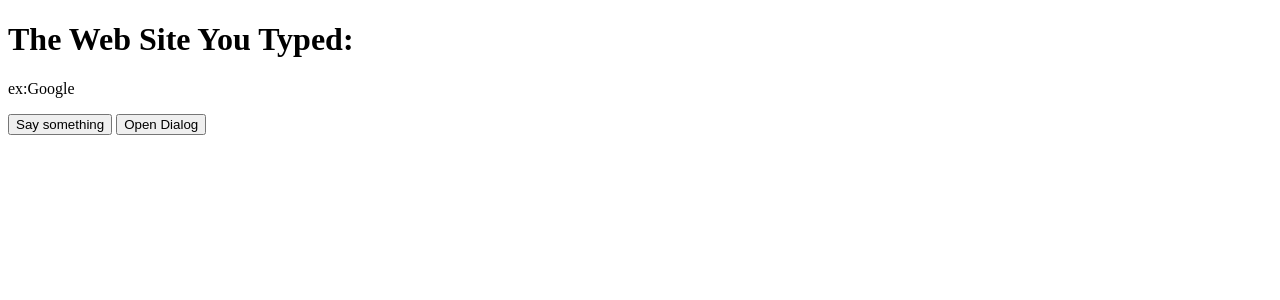
Repository: kenshiryu7/mdv-projects
Page: MDF3/project_4/Project4/assets/index.html
An editor plug-in stored every save of this project. The page is shown before and after the next save, followed by the edit.
The browser window is 1280 px wide. The pictures show the whole page.

Above is the page before, as saved 2013-02-27 17:16:45.
Console error: SyntaxError: Unexpected token ':'

### MDF3/project_4/Project4/assets/index.html
<!DOCTYPE html>
<html>
	<head>
	<meta charset="UTF-8">
	<meta name="viewport" content="width=device-width; user-scalable=0;" />

	<title>The HTML Stuff</title>
	</head>

	<body>
	<h1>The Web Site You Typed:</h1>
	<p id="webtext">ex:Google</p>

	<input type="button" value="Say something" onClick="showAndroidToast('Yo Chump!')"/>

	<input type="button" value="Open Dialog" onClick="openAndroidDialog()"/>

		<script language="javascript">

			function showAndroidToast(toast) {
				AndroidFunction.showToast(toast);
			}

			function openAndroidDialog() {
				AndroidFunction.openAndroidDialog():
			}

			function callFromActivity(message) {
				document.getElementById("mytext").innerHTML = message;
			}

		</script>
	</body>
</html>

After the next save:
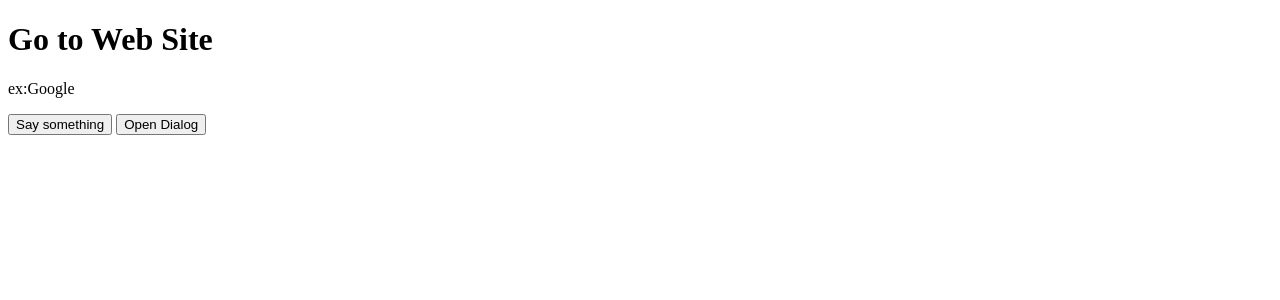
Saved 6 min 52 s later.
--- a/MDF3/project_4/Project4/assets/index.html
+++ b/MDF3/project_4/Project4/assets/index.html
@@ -8,7 +8,7 @@
 	</head>
 
 	<body>
-	<h1>The Web Site You Typed:</h1>
+	<h1>Go to Web Site</h1>
 	<p id="webtext">ex:Google</p>
 
 	<input type="button" value="Say something" onClick="showAndroidToast('Yo Chump!')"/>
